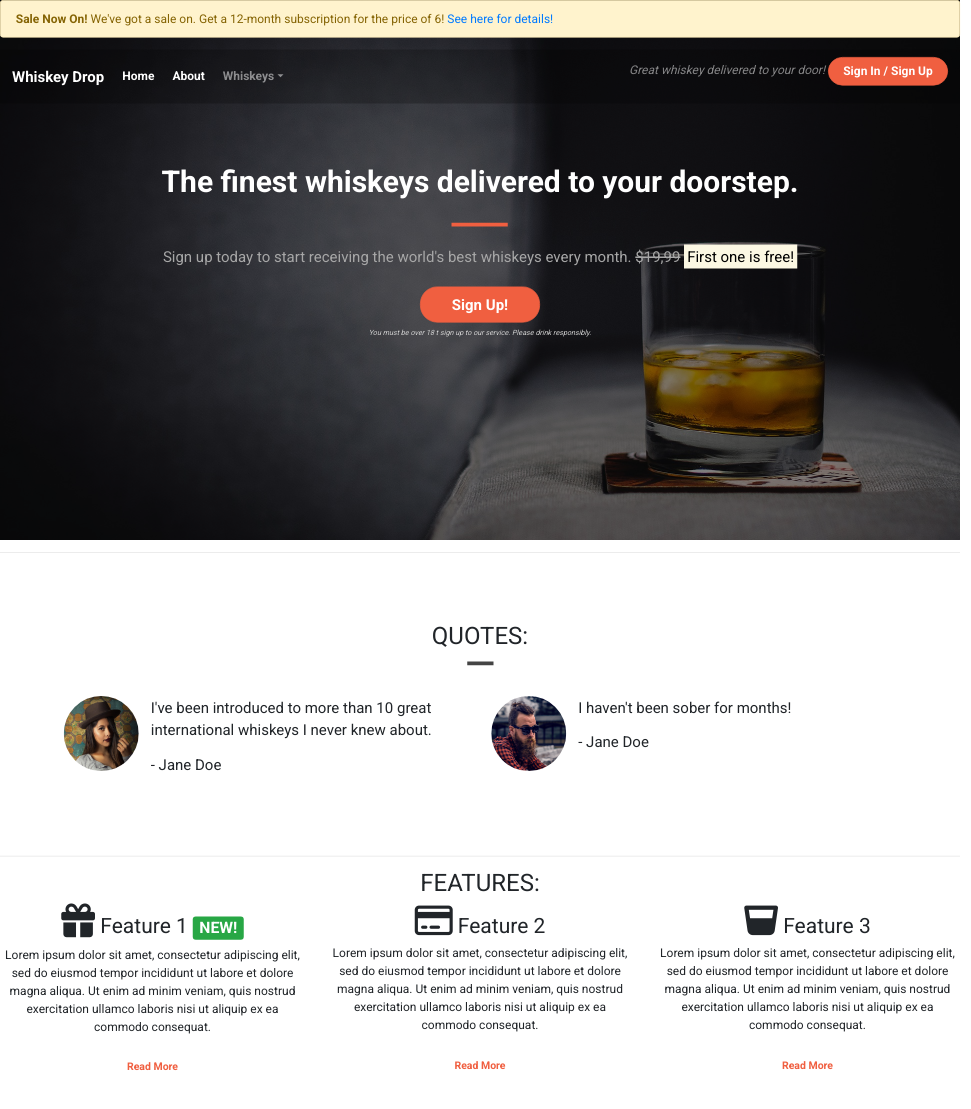
Repository: nitr-am/whiskey-project
Page: index.html
The author's editor kept a record of every edit. The page is drawn from the files as they stood at one moment, then again after the next edit.
The browser window is 1280 px wide. The page is 1295 px wide, then 1280 px, so the pictures cover 1295 px, including what lies to the right of the window. The pictures show the whole page, at 75% of full size.
Backgrounds fixed to the window are drawn as part of the page. Some web libraries are served in a nearby version.

Above is the page before.

### index.html
<!DOCTYPE html>
<html lang="en-us">

<head>
    <meta charset="utf-8">
    <meta name="viewport" content="width=device-width, initial-scale=1.0">
    <title>Whiskey Drop | Taste a new whiskey every month</title>
    <link rel="stylesheet" href="https://maxcdn.bootstrapcdn.com/bootstrap/4.1.3/css/bootstrap.min.css">
    <script src="https://kit.fontawesome.com/079375249b.js"></script>
    <link href="https://fonts.googleapis.com/css?family=Roboto:400,700&display=swap" rel="stylesheet">
    <link rel="stylesheet" href="css/style.css" type="text/css" />
</head>

<body>

    <div class="container-fluid navalert-container">
        <div class="container-fluid alert-container">
            <div class="row d-none d-sm-block">
                <div class="col-12">
                    <div class="site-wide-atert alert alert-warning">
                        <strong>Sale Now On!</strong> We've got a sale on. Get a 12-month subscription for the price of 6! <a href="#">See here for details!</a>
                    </div>
                </div>
            </div>
        </div>
        <nav class="navbar navbar-dark navbar-expand-sm">
            <a href="#" class="navbar-brand">Whiskey Drop</a>

            <button class="navbar-toggler ml-auto" type="button" data-toggle="collapse" data-target="#navbarNavDropdown" aria-controls="navbarNavDropdown" aria-expanded="false" aria-label="Toggle navigation">
              <span class="navbar-toggler-icon"></span>
            </button>
            <div class="collapse navbar-collapse" id="navbarNavDropdown">
                <ul class="navbar-nav mr-auto">
                    <li class="active nav-item mr-2"><a href="/" class="nav-link">Home</a></li>
                    <li class="active nav-item mr-2"><a href="/about" class="nav-link">About</a></li>
                    <li class="nav-item dropdown">
                        <a class="nav-link dropdown-toggle" href="#" id="navbarDropdownMenuLink" role="button" data-toggle="dropdown" aria-haspopup="true" aria-expanded="false">Whiskeys</a>

                        <div class="dropdown-menu" aria-labelledby="navbarDropdownMenuLink">
                            <a class="dropdown-item" href="#">Irish</a>
                            <a class="dropdown-item" href="#">Scotch</a>
                            <a class="dropdown-item" href="#">Japanese</a>
                            <a class="dropdown-item" href="#">American</a>
                        </div>
                    </li>
                    <li class="active nav-item mr-2 d-block d-sm-none"><a href="/login" class="nav-link">Sign In / Sign Up</a></li>
                </ul>
            </div>
            <div class="d-none d-md-block">
                <p class="navbar-text my_auto -mr-2"><i>Great whiskey delivered to your door!</i></p>
                <a href="/login" class="btn btn--cta btn--red">Sign In / Sign Up</a>
            </div>
        </nav>
    </div>


    <!-- Callout -->
    <div class="container-fluid callout-container">
        <div class="opaque-overlay">&nbsp;</div>
        <div class="row">
            <div class="col-12">
                <section class="callout jumbotron text-center">
                    <h1 class="jumbotron-header">The finest whiskeys delivered to your doorstep.</h1>
                    <hr class="block-divider block-divider--orange">
                    <p class="lead">Sign up today to start receiving the world's best whiskeys every month.
                        <s class="d-none d-sm-inline">$19,99</s>
                        <span class="d-inline d-sm-none"><br></span>
                        <strong><mark>First one is free!</mark></strong></p>
                    <button class="btn btn-lg btn--cta btn--red" data-toggle="modal" data-target="#signUpModal">Sign Up!</button>
                    <p class="text-muted "><small>You must be over 18 t sign up to our service. Please drink responsibly.</small></p>
                </section>
            </div>
        </div>
    </div>
    <!-- /.callout -->
    <hr>


    <!-- Quotes -->
    <div class="container quotes-container content-container">
        <section class="quotes ">
            <div class="row ">
                <div class="col-12 page-header">
                    <h2 class="text-uppercase">Quotes:</h2>
                    <hr class="block-divider block-divider--short">
                </div>
            </div>
            <div class="row ">
                <div class="col-12 col-md-6">
                    <div class="media">
                        <div class="d-none d-sm-block">
                            <img src="images/girl-image.png" class="rounded-circle mr-3" height=100 width=100>
                        </div>
                        <div class="media-body">
                            <blockquote class="blockquote ">
                                <p>I've been introduced to more than 10 great international whiskeys I never knew about.</p>
                                <p>- Jane Doe</p>
                            </blockquote>
                        </div>
                    </div>
                </div>
                <div class="col-12 col-md-6 ">
                    <div class="media">
                        <div class="d-none d-sm-block">
                            <img src="images/guy-image.png" class="rounded-circle mr-3" height=100 width=100>
                        </div>
                        <div class="media-body">
                            <blockquote class="blockquote ">
                                <p>I haven't been sober for months!</p>
                                <p>- Jane Doe</p>
                            </blockquote>
                        </div>
                    </div>
                </div>
            </div>
        </section>
    </div>

    <!-- /.quotes -->
    <hr>


    <!-- Features -->
    <div class="features-container">
        <section class="features ">
            <div class="row ">
                <div class="col-12 page-header">
                    <h2 class="text-uppercase ">Features:</h2>
                </div>
            </div>
            <div class="row ">
                <div class="col-12 col-md-6 col-lg-4 ">
                    <div class="feature ">
                        <h3><i class="fas fa-gift d-none d-sm-inline"></i> Feature 1 <span class="badge badge-success">NEW!</span></h3>
                        <p>Lorem ipsum dolor sit amet, consectetur adipiscing elit, sed do eiusmod tempor incididunt ut labore et dolore magna aliqua. Ut enim ad minim veniam, quis nostrud exercitation ullamco laboris nisi ut aliquip ex ea commodo consequat.
                        </p>
                        <p><a class="btn btn-sm btn-light " href=" ">Read More</a></p>
                    </div>
                </div>
                <div class="col-12 col-md-6 col-lg-4 ">
                    <div class="feature ">
                        <h3><i class="far fa-credit-card d-none d-sm-inline"></i> Feature 2</h3>
                        <p>Lorem ipsum dolor sit amet, consectetur adipiscing elit, sed do eiusmod tempor incididunt ut labore et dolore magna aliqua. Ut enim ad minim veniam, quis nostrud exercitation ullamco laboris nisi ut aliquip ex ea commodo consequat.
                        </p>
                        <p><a class="btn btn-sm btn-light " href=" ">Read More</a></p>
                    </div>
                </div>
                <div class="col-12 d-md-none d-lg-block col-lg-4 ">
                    <div class="feature ">
                        <h3><i class="fas fa-glass-whiskey d-none d-sm-inline"></i> Feature 3</h3>
                        <p>Lorem ipsum dolor sit amet, consectetur adipiscing elit, sed do eiusmod tempor incididunt ut labore et dolore magna aliqua. Ut enim ad minim veniam, quis nostrud exercitation ullamco laboris nisi ut aliquip ex ea commodo consequat.
                        </p>
                        <p><a class="btn btn-sm btn-light " href=" ">Read More</a></p>
                    </div>
                </div>
            </div>
        </section>
    </div>
    <!-- /.features -->

    <div class="modal" tabindex="-1" role="dialog" id="signUpModal">
        <div class="modal-dialog" role="document">
            <div class="modal-content">
                <div class="modal-header">
                    <h5 class="modal-title">Sign Up To Whiskey Drop!</h5>
                    <button type="button" class="close" data-dismiss="modal" aria-label="Close">
                        <span aria-hidden="true">&times;</span>
                    </button>
                </div>
                <div class="modal-body">
                    <form>
                        <div class="form-group">
                            <label for="exampleInputEmail1">Email address</label>
                            <input type="email" class="form-control" id="exampleInputEmail1" aria-describedby="emailHelp" placeholder="Enter email">
                            <small id="emailHelp" class="form-text text-muted">We'll never share your email with anyone else.</small>
                        </div>
                        <div class="form-group">
                            <label for="password">Password</label>
                            <input type="password" class="form-control" id="password" placeholder="Password">
                        </div>
                        <div class="form-group">
                            <label for="repeatPassword"> Repeat Password</label>
                            <input type="password" class="form-control" id="repeatPassword" placeholder="Repeat Password">
                        </div>

                        <button type="submit" class="btn btn-success">Submit</button>
                    </form>
                </div>
            </div>
        </div>
    </div>


    <script src="https://code.jquery.com/jquery-3.3.1.slim.min.js" integrity="sha384-q8i/X+965DzO0rT7abK41JStQIAqVgRVzpbzo5smXKp4YfRvH+8abtTE1Pi6jizo" crossorigin="anonymous"></script>
    <script src="https://cdnjs.cloudflare.com/ajax/libs/popper.js/1.14.7/umd/popper.min.js" integrity="sha384-UO2eT0CpHqdSJQ6hJty5KVphtPhzWj9WO1clHTMGa3JDZwrnQq4sF86dIHNDz0W1" crossorigin="anonymous"></script>
    <script src="https://stackpath.bootstrapcdn.com/bootstrap/4.3.1/js/bootstrap.min.js" integrity="sha384-JjSmVgyd0p3pXB1rRibZUAYoIIy6OrQ6VrjIEaFf/nJGzIxFDsf4x0xIM+B07jRM" crossorigin="anonymous"></script>
</body>

</html>

### css/style.css
body {
    font-family: "Roboto", sans-serif;
}

.callout-container {
    height: 100vh;

    background: url("../images/whiskey-background.jpg") no-repeat bottom right fixed;
    -webkit-background-size: cover;
    -moz-background-size: cover;
    -o-background-size: cover;
    background-size: cover;

    display: flex;
    align-items: center;
    justify-content: center;

    position:relative;
}

.opaque-overlay {
    position: absolute;
    top: 0;
    left: 0;
    height: 100%;
    width: 100%;
    background-color: rgba(0, 0, 0, 0.5);
}

/* containers */

.content-container {
    padding-top: 75px;
    padding-bottom: 75px;
}

.container-wrapper {}

.container-wrapper--red {
    background-color: #f05f40;
    color:white;
}
.quotes-container {}

.features-container {}

/* Page headers */

.page-header {
    margin-bottom: 0;
    border-bottom: 0;
    text-align: center;
}

.page-header h2 {
    margin-top: 0;
}

.quotes .page-header {
    margin-bottom:25px;
}

/* Block dividers */

.block-divider {
    width:75px;
    height:5px;
    border:0;
    background-color:#444;
}

.block-divider--orange {
    background-color: #f05f40;
}

.block-divider--white {
    background-color: white;
}

.block-divider--short {
    width: 35px;
}

/* Navbar */

.navalert-container {
    position: absolute;
    top: 0;
    left: 0;
    z-index: 1;
    padding-left: 0;
    padding-right: 0;
}

.navbar {
    margin-bottom: 0;
    width: 100%;
    background-color: rgba(0, 0, 0, .25);
    border: 0;
}

.navbar .navbar-toggler {
    border:0;
}

.navbar-dark .navbar-brand {
    font-weight: bold;
}

.navbar .navbar-nav a {
    font-weight: bold;
}

.alert-container .col-12 {
    padding-left: 0;
    padding-right: 0;
}

.site-wide-alert {
    color: #544600;
    background-color: #eec802;
    border-color: #eec802;
    padding: 5px 15px;
    margin-bottom: 0;
    border: 1px solid transparent;
    border-radius: 0;

}

/* Jumbotrons */

.jumbotron {
    background-color: transparent;
}

.jumbotron h1 {
    color:white;
    font-weight: bold;
    margin-bottom: 30px;
}
.jumbotron .lead {
    margin:25px 0;
    color: #a7a7a7;
}
.jumbotron small {
    font-size:60%;
    font-style: italic;
    color: #d0d0d0;
}

/* Buttons */

.btn--cta {
    font-weight: bold;
    border-radius:23px;
    width:160px;
}
.btn--red {
    color:white;
    background-color: #f05f40;
    border-color:#f05f40;
}

.btn--red:hover,
.btn--red:active,
.btn--red:focus,
.btn--red:active:focus {
    background-color: #df4929;
    border-color: #df4929;
    color: white;
}

.feature {
    text-align: center;
    margin-bottom: 40px;
}

.feature i {
    margin-bottom: 20px;
    font-size: 45px;
    line-height: 45px;
}

.feature .btn {
    background-color: white;
    border-color: white;
    border-radius: 15px;
    min-width: 100px;
    font-weight: bold;
    margin-top: 10px;
    color: #f05f40;
}

After the next edit:
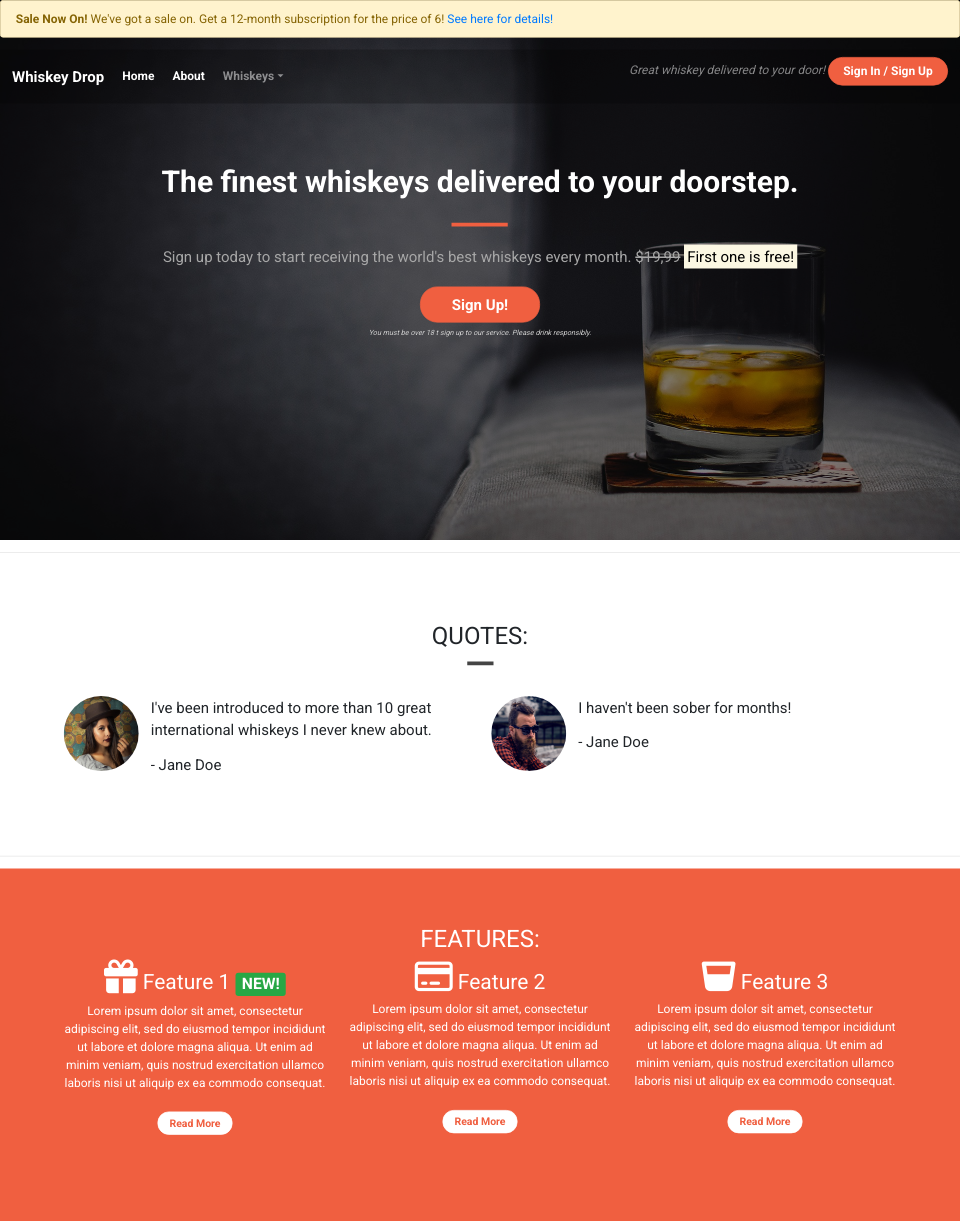
The edit:
--- a/index.html
+++ b/index.html
@@ -121,7 +121,8 @@
 
 
     <!-- Features -->
-    <div class="features-container">
+    <div class="container-wrapper container-wrapper--red">
+    <div class="container features-container content-container">
         <section class="features ">
             <div class="row ">
                 <div class="col-12 page-header">
